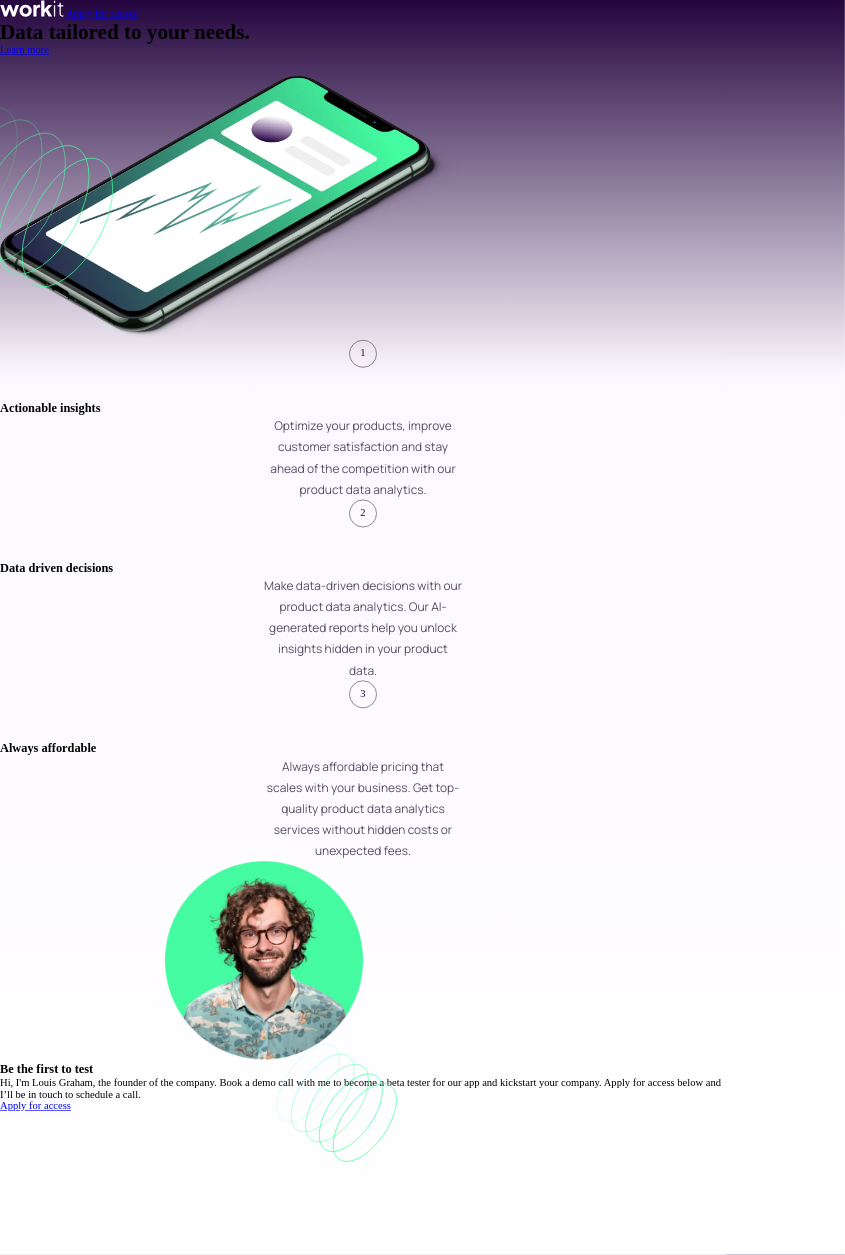
Repository: Arkitecth/landing_page
Page: starter-code/index.html
An editor plug-in stored every save of this project. The page is shown before and after the next save, followed by the edit.
The browser window is 1280 px wide. The pictures show the whole page, at 66% of full size.

Above is the page before, as saved 2023-05-25 18:33:18.

### starter-code/index.html
<!DOCTYPE html>
<html lang="en">
<head>
  <meta charset="UTF-8">
  <meta http-equiv="X-UA-Compatible" content="IE=edge">
  <meta name="viewport" content="width=device-width, height=device-height, initial-scale=1.0, minimum-scale=1.0">
  <title>Work-it | Landing Page</title>
  <link rel="stylesheet" href="styles.css">
</head>
<body>
  <header id="header">
    <object class="bg-pattern-1" data="assets/images/bg-pattern-1.svg"></object>
    <!-- <object class="bg-pattern-2"data="assets/images/bg-pattern-2.svg"></object> -->
    <div class="container">
      <nav>
        <object data="assets/images/logo-light.svg"></object>
        <a class="btn-secondary" href="#">Apply for access</a>
      </nav>
      <div class="showcase">

        <h1>Data <span>tailored</span> to your needs.</h1>
        <a class="btn-primary"href="#">Learn more</a>
        <object class="image-hero" data="assets/images/image-hero.webp"></object>
      </div>
    </div>

  </header>


  <section id="feature">
    <div class="container grid">
      <div class="feature-content">
        <p class="feature-num">1</p>
        <h3>Actionable insights</h3>
        <p class="feature-paragraph">Optimize your products, improve customer satisfaction and stay ahead of the competition with our product data analytics.</p>
      </div>

      <div class="feature-content">
        <p class="feature-num">2</p>
        <h3>Data driven decisions</h3>
        <p class="feature-paragraph">Make data-driven decisions with our product data analytics. Our AI-generated reports help you unlock insights hidden in your product data.</p>
      </div>

      <div class="feature-content">
        <p class="feature-num">3</p>
        <h3>Always affordable</h3>
        <p class="feature-paragraph">Always affordable pricing that scales with your business. Get top-quality product data analytics services without hidden costs or unexpected fees.</p>
      </div>
    </div>
  </section>


  <section id="about">
    <div class="container">
        <object class="image-founder" data="assets/images/image-founder.webp" width="300" height="300"></object>
        <div class="about-text">
          <h3> Be the first to test </h3>
          <p> Hi, I'm Louis Graham, the founder of the company. Book a demo call with me to become a
          beta tester for our app and kickstart your company. Apply for access below and I’ll be
          in touch to schedule a call. </p>
          <a class="btn-primary" href="#"> Apply for access </a>
        </div>
        <object class="bg-pattern-3" data="assets/images/bg-pattern-3.svg"></object>
    </div>

  </section>

</body>
</html>

### starter-code/styles.css
@font-face {
    font-family: "Fraunces";
    src: url("/Users/trenttuedon/Desktop/workit-landing-page/starter-code/assets/fonts/fraunces/Fraunces-VariableFont_SOFT,WONK,opsz,wght.ttf");

}

@font-face {
    font-family: "Manrope";
    src: url("starter-code/assets/fonts/manrope/Manrope-VariableFont_wght.ttf");

}

* {
    margin: 0;
    padding: 0;
}

html,body {
    background: linear-gradient(180deg, rgba(36,5,62,1) 0%, rgba(252,248,255,1) 30%, rgba(255,255,255,1) 100%);
    width: 1100px;
}


/* Showcase */
.container {
    max-width: 1100px;
    margin:  auto;
}

.overlay {
    width: 1500px;
    max-width: 1500px;
    height: 730px;
    background-color: #24053e;
    border-radius: 100% /0 0 80px 80px;
}
.navbar {
    color: #fff;
    display: flex;
    justify-content: space-between;
    position: relative;
    top: 50px;
}

.navbar a {
    text-decoration: none;
    color: #fff;
}

.secondary-default {
    font-family: sans-serif;
    border-bottom: 3px solid #44ffa1;
}

.secondary-default:hover {
    color: #44ffa1;
}

.bg-pattern-1 {
   position: absolute;
   left: -140px;
   top: 140px;
}

.bg-pattern-2 {
    position: absolute;
    left: 1330px;
    top: 250px;
 }

.heading {
    justify-content: center;
    width: 635px;
    height: 258px;
    margin: 0 auto;
    margin-top: 146px;
    text-align: center;
}

.heading h1 {
    font-family: Fraunces;
    color: #fff;
    font-weight: 600;
    line-height: 80px;
    margin-bottom: 40px;
    font-size: 5em;
}

.underline {
    text-decoration: underline;
    text-decoration-thickness: 2px;
    text-decoration-color: #44ffa1;
    text-underline-offset: 6px;
}

.primary-default {
    font-family: sans-serif;
    line-height: 40px;
    background-color: #44ffa1;
    border: 0;
    color: black;
    text-decoration: none;
    padding: 20px 40px;
}

.primary-default:hover {
    background-color: #24053e;
    color: #44ffa1;
    border: 1px solid #44ffa1;
}

.image-hero {
    display: block;
    margin-top: 30px;
    width: 700px;
    height: 400px;
}

/* Features */
.grid-container {
    display: grid;
    padding-top: 200px;
    grid-template-rows: 1fr 1fr;
    grid-template-columns: 1fr 1fr 1fr;
    font-family: "Fraunces";
    gap: 30px;
    text-align: center;
}


.feature-num {
    border: 1px solid #584d62;
    border-radius: 50%;
    width: 20px;
    height: 20px;
    padding: 10px;
    margin: auto;
    text-align: center;
    margin-bottom: 50px;
    color: #24053e;
}


.purple-overlay {
    background: #fdf8ff;
    border-radius: 0 0 50% 50% / 50px;
    width: 1500px;
    height: 600px;

}

.feature-heading {
    margin-bottom: 40px;
    font-weight: 600;
    color: #24053e;
}

.feature-paragraph {
    font-family: "Manrope";
    font-size: 1.13em;
    line-height: 32px;
    width: 300px;
    text-align: center;
    font-weight: 400;
    color: #584d62;
    margin: auto;

}


/* About Section */

.image-founder {
    margin-left: 250px;
}

.about{
    position: relative;
    color: #fff;
    background-color: #24053e;
    width: 730px;
    height: 413px;
    bottom: 200px;
    left: 400px;
    margin-left: 100px;
}

.about-container {
    text-align: left;
    padding: 70px;
}

.about-container h3 {
    font-family: "Fraunces";
    font-size: 3.5em;
    font-weight: 600;
    margin-bottom: 32px;
}

.about-container p {
    font-family: "Manrope";
    font-weight: 400;
    font-size: 1.15em;
    line-height: 32px;
    margin-bottom: 30px;
}

.about-container a {
    margin-top: 100px;
}

.bg-pattern-3 {
    position: relative;
    bottom: 120px;
    left: 400px;
}

/* Footer */

.spacing {
    margin-top: 100px;
}

footer {
    background-color: #fff;
    margin-left: 300px;
    text-align: center;
    padding-bottom: 100px;
}

.icons {
    margin-top: 40px;

}

.icon {
    padding: 0 20px 0 20px;
}


/* Media Queries */

@media (min-width: 768px) and (max-width: 1024px) {

    .body {
        background-color: black;
    }
    .bg-pattern-1 {
        left: -200px;
    }

    .bg-pattern-2 {
        left: 1330px;
        overflow: hidden;
    }
    .grid-container {
        display: grid;
        position: relative;
        grid-template-columns: none;
        grid-template-rows: repeat(3, 1fr);
        margin-top: 200px;
        padding: 20px;
        gap: 100px;
        text-align: left;
    }
    .feature-heading {
       text-align: left;
       margin-left: 300px;
       margin-bottom: 20px;
    }
    .feature-num {
        position: absolute;
        left: 250px;
        margin-top: 50px;

    }

    .feature-paragraph {
        text-align: left;
        width: 493px;
        height: 56px;
    }


}

@media(max-width: 480px) {
    html,body {
        background: linear-gradient(180deg, rgba(36,5,62,1) 0%, rgba(252,248,255,1) 10%, rgba(255,255,255,1) 100%);
        font-size: 100%;
    }

    .bg-pattern-1, .bg-pattern-2, .bg-pattern-3 {
        display: none;
    }

    .purple-overlay {
        height: 1300px;
    }

    .grid-container {
        display: grid;
        grid-template-columns: none;
        grid-template-rows: repeat(3, 1fr);
        font-size: 1.75rem;
    }

    .feature-num {
        padding: 20px;
        padding-top: 10px;
        text-align: center;
    }

    .about {
        margin-top: 120px;
        margin-left: 10px;
    }

    .about-container {
        text-align: center;
    }

    .image-founder {
        margin-left: 600px;
    }

    footer {
        height: 500px;
        margin-left: 400px
    }
}

### starter-code/assets/images/bg-pattern-1.svg
<svg xmlns="http://www.w3.org/2000/svg" width="341" height="317" viewBox="0 0 341 317"><g fill="none" fill-rule="evenodd" stroke="#44FFA1" transform="rotate(-152 159.204 128.626)"><ellipse cx="54" cy="107.125" rx="53.5" ry="106.5"/><ellipse cx="94.706" cy="107" rx="53.5" ry="106.5"/><ellipse cx="134.529" cy="107.344" opacity=".75" rx="52.5" ry="106.5"/><ellipse cx="175.705" cy="108.102" opacity=".5" rx="53.5" ry="106.5"/><ellipse cx="217.294" cy="107.508" opacity=".25" rx="52.5" ry="106.5"/></g></svg>

After the next save:
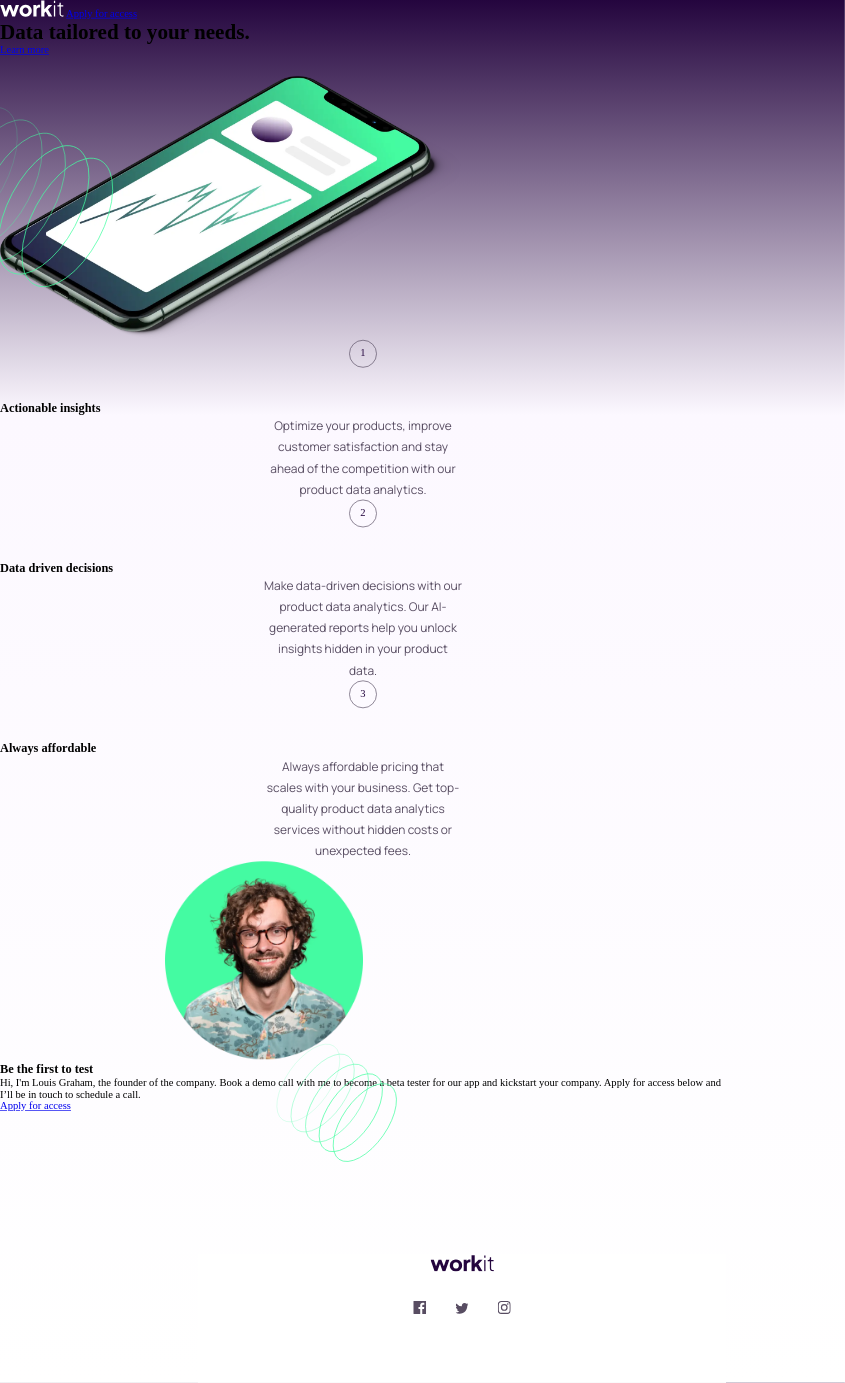
Saved 2 min 58 s later.
--- a/starter-code/index.html
+++ b/starter-code/index.html
@@ -64,6 +64,14 @@
     </div>
 
   </section>
+  <footer>
+    <object class="logo-dark" data="assets/images/logo-dark.svg"></object>
+    <div class="icons">
+      <object class="icon" data="assets/images/icon-facebook.svg"></object>
+      <object class="icon" data="assets/images/icon-twitter.svg" ></object>
+      <object class="icon" data="assets/images/icon-instagram.svg" ></object>
+    </div>
 
+  </footer>
 </body>
 </html>
